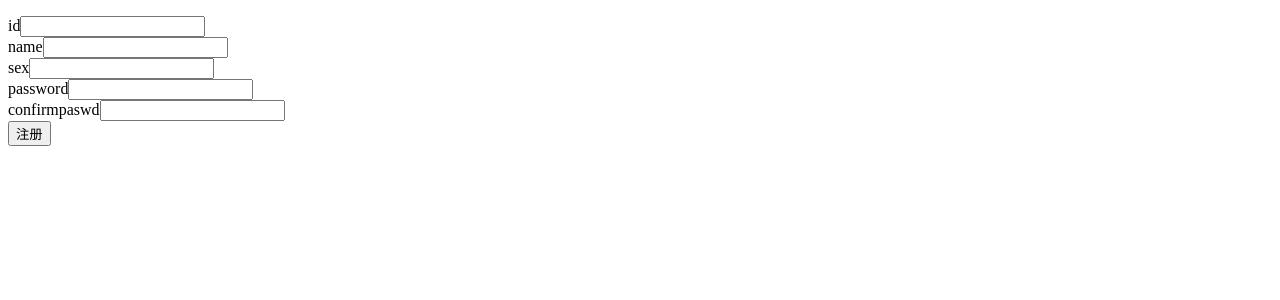
Repository: suxiaohutot/PHP
Page: http://localhost/zhuce.php
These files come from the project's save history. The page is drawn as it stood at one moment and after a run of saves; the edit follows.
The browser window is 1280 px wide. The pictures show the whole page.
The page is run by PHP 8.4 with error messages shown; the project is at /var/www/html/.

Above is the page before, as saved 2019-10-22 10:19:38.

After the next 2 saves:
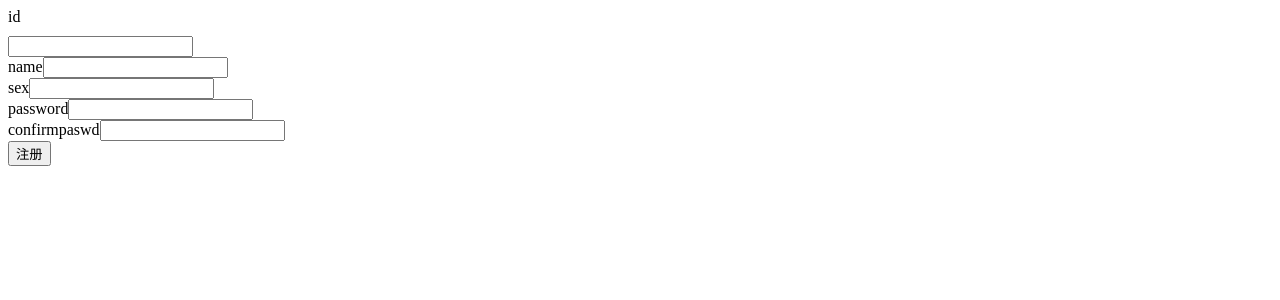
The 2 saves are shown as one change because they came seconds apart.
The last was saved 12 s later.
--- a/test/zhuce.php
+++ b/test/zhuce.php
@@ -1,10 +1,11 @@
 <form action="regist.php" method="post">
 <table>
     <td>
+    	<tr>id</tr>
     	<tr></tr>
     </td>
 </table>
-    id<input type="text" name="id"><br>
+    <input type="text" name="id"><br>
     name<input type="text" name="name"><br>
     sex<input type="text" name="sex"><br>
     password<input type="text" name="password"><br>
